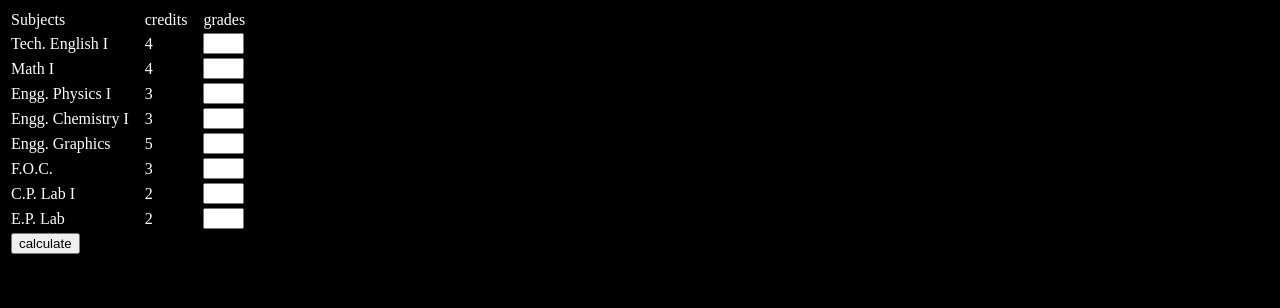
Repository: vigineshs/Mobile-Applications
Page: AnnaUniv GPA Calc/AnnaUniv GPA Calculator Updated/assets/www/ece08sem1.html
The author's editor kept a copy of each file at every save. The page is drawn from the files as they stood at one save, then again after the next save.
The browser window is 1280 px wide. The pictures show the whole page.

Above is the page before, as saved 2012-05-08 13:59:29.

After the next save:
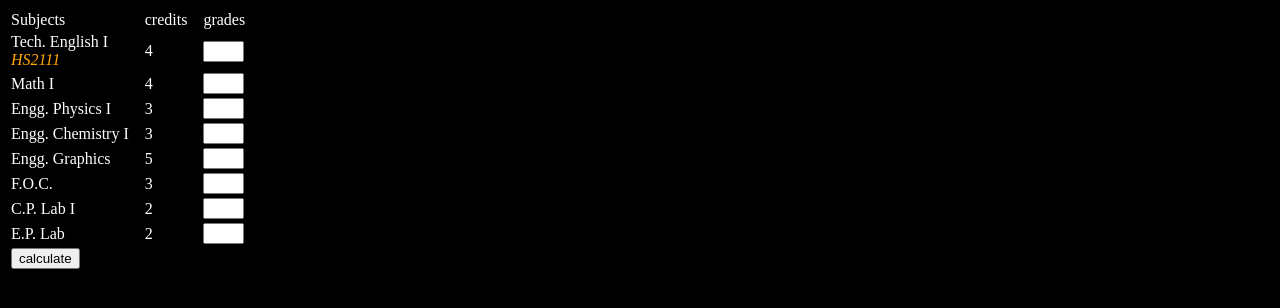
Saved 7 min 6 s later.
--- a/AnnaUniv GPA Calc/AnnaUniv GPA Calculator Updated/assets/www/ece08sem1.html
+++ b/AnnaUniv GPA Calc/AnnaUniv GPA Calculator Updated/assets/www/ece08sem1.html
@@ -194,7 +194,7 @@ window.alert(g);
 <tr><td>Subjects</td><td>&nbsp;&nbsp;&nbsp;credits</td><td>&nbsp;&nbsp;&nbsp;grades</td>
 <tr>
 <td>
-Tech. English I</td><td>&nbsp;&nbsp;&nbsp;4</td> <td>&nbsp;&nbsp;&nbsp;<input type="text" size="2" name="t1" /></td></tr>
+Tech. English I <br/><i style="color:orange">HS2111</i></td><td>&nbsp;&nbsp;&nbsp;4</td> <td>&nbsp;&nbsp;&nbsp;<input type="text" size="2" name="t1" /></td></tr>
 <tr><td>Math I</td><td>&nbsp;&nbsp;&nbsp;4</td> <td>&nbsp;&nbsp;&nbsp;<input type="text" size="2" name="t2" /></td></tr>
 <tr><td>Engg. Physics I </td><td>&nbsp;&nbsp;&nbsp;3</td><td>&nbsp;&nbsp;&nbsp;<input type="text" size="2" name="t3" /></td></tr>
 <tr><td>Engg. Chemistry I</td> <td>&nbsp;&nbsp;&nbsp;3</td><td>&nbsp;&nbsp;&nbsp;<input type="text" size="2" name="t4" /></td></tr>
